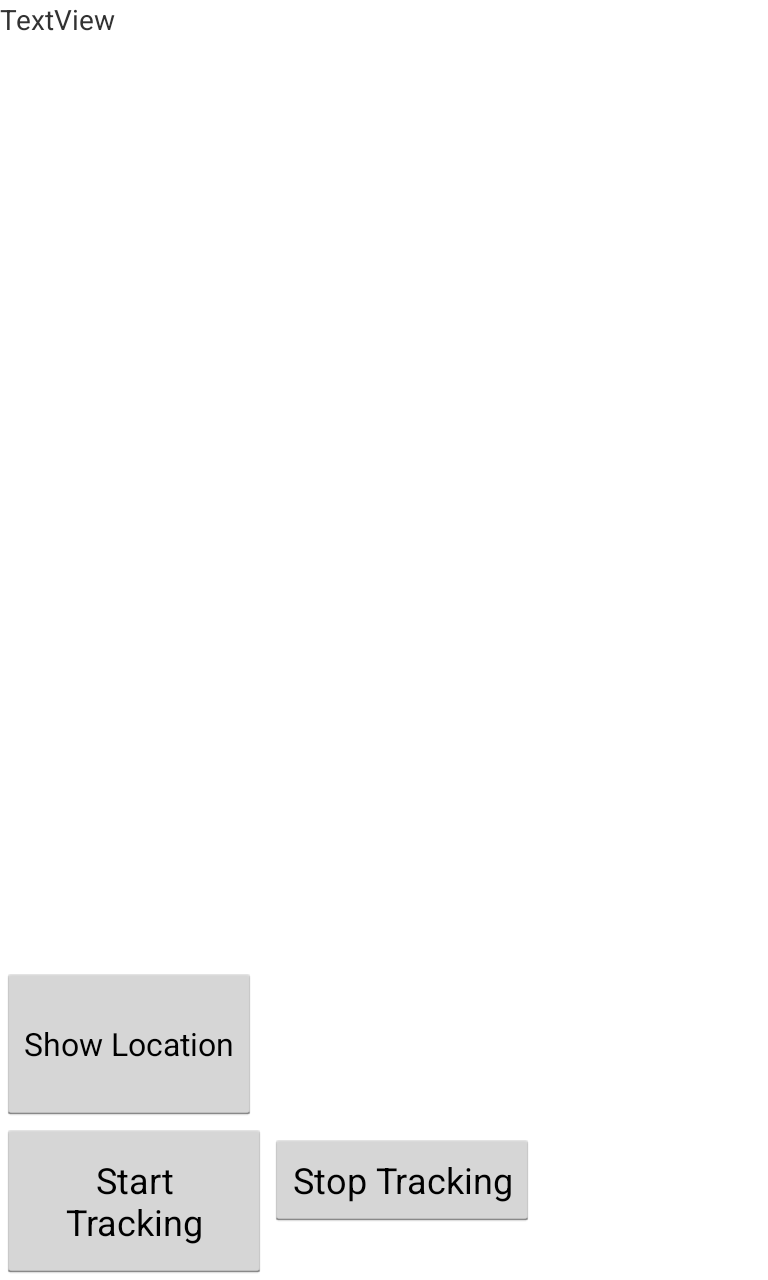
Repository: Jonieye/gps-story
Layout: Workspace/com.joni.android.first/res/layout/activity_main.xml
An editor plug-in stored every save of this project. The layout is shown before and after the next save, followed by the edit.
It is drawn on a 768 x 1280 px phone screen (xhdpi) without system bars, with theme AppTheme; the app's code is not run.

Above is the layout before, as saved 2014-10-18 11:53:52.

After the next save:
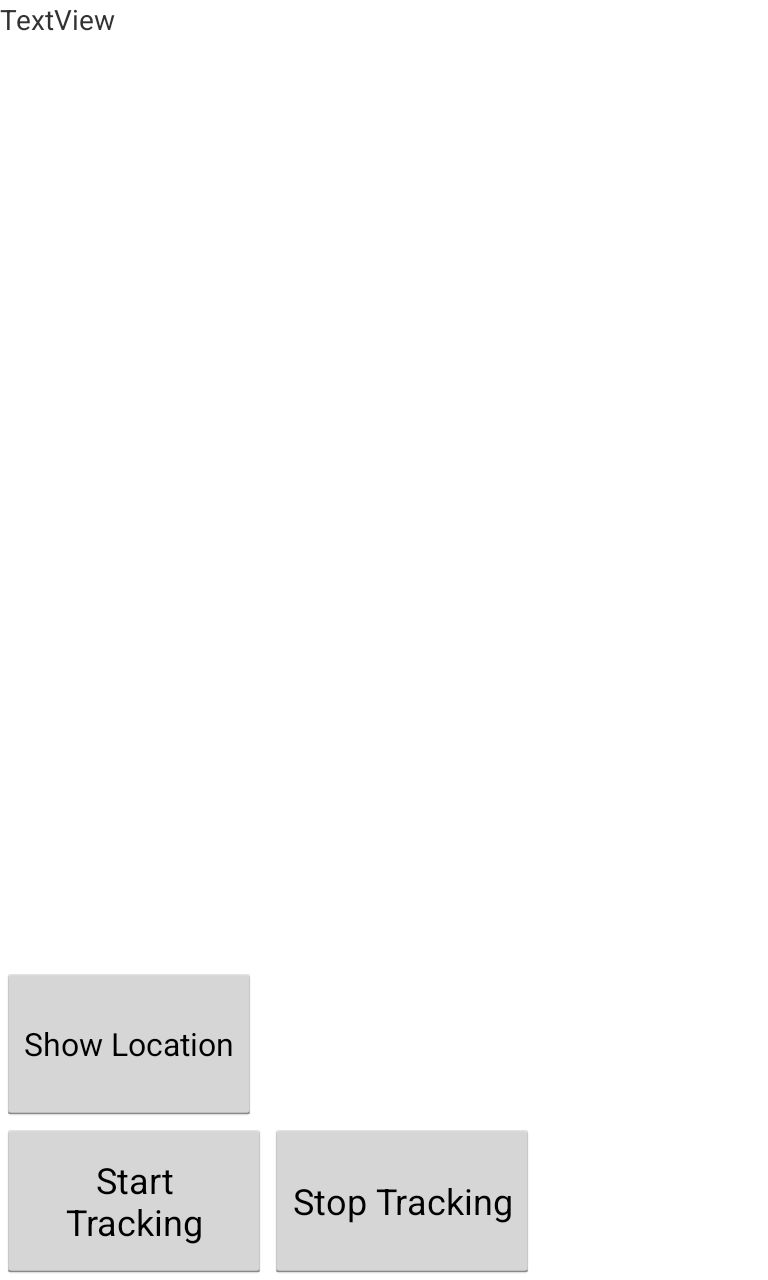
Saved 3 min 1 s later.
--- a/Workspace/com.joni.android.first/res/layout/activity_main.xml
+++ b/Workspace/com.joni.android.first/res/layout/activity_main.xml
@@ -12,7 +12,8 @@
 
     <LinearLayout
         android:layout_width="wrap_content"
-        android:layout_height="wrap_content" >
+        android:layout_height="wrap_content"
+        android:layout_gravity="bottom|center" >
 
         <Button
             android:id="@+id/showLocation"
@@ -25,10 +26,11 @@
     <LinearLayout
         android:layout_width="wrap_content"
         android:layout_height="wrap_content"
+        android:layout_gravity="bottom|center"
         android:orientation="vertical" >
 
         <LinearLayout
-            android:layout_width="match_parent"
+            android:layout_width="wrap_content"
             android:layout_height="wrap_content" >
 
             <Button
@@ -41,7 +43,7 @@
             <Button
                 android:id="@+id/stopLocation"
                 android:layout_width="wrap_content"
-                android:layout_height="wrap_content"
+                android:layout_height="match_parent"
                 android:text="Stop Tracking" />
         </LinearLayout>
     </LinearLayout>
